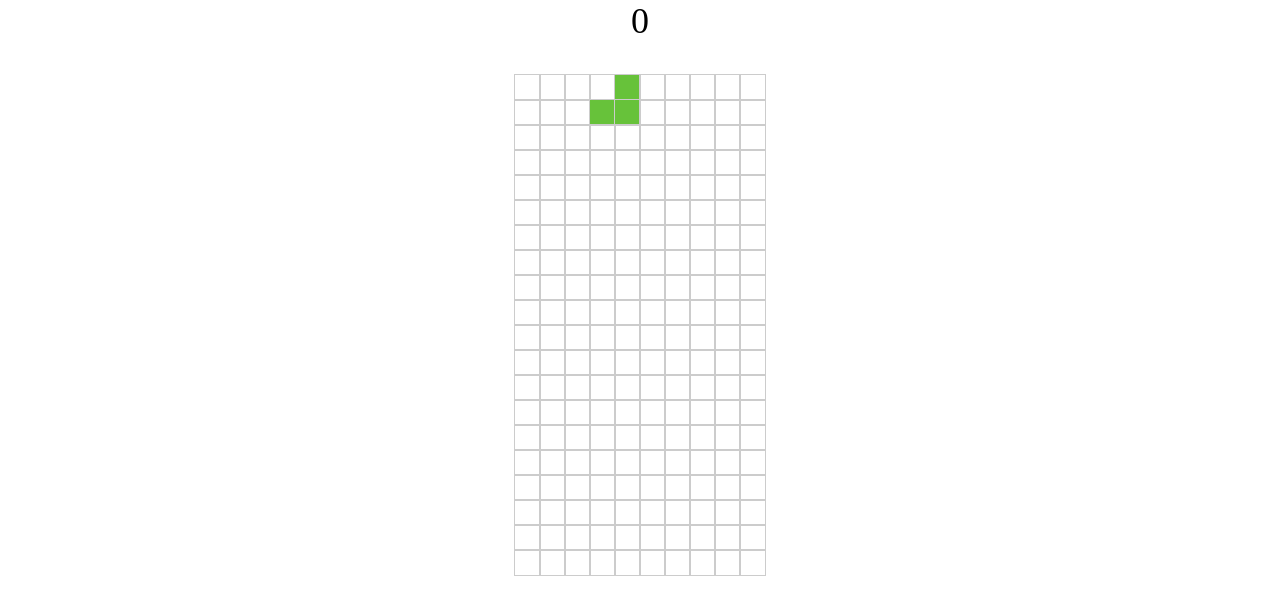
Repository: chlwpdnswku/tetris
Page: index.html
These files come from the project's save history. The page is drawn as it stood at one moment and after the next save; the edit follows.
The browser window is 1280 px wide. The pictures show the whole page.

Above is the page before, as saved 2022-12-12 02:23:18.

### index.html
<!DOCTYPE html>
<html lang="en">

<head>
    <meta charset="UTF-8">
    <meta http-equiv="X-UA-Compatible" content="IE=edge">
    <meta name="viewport" content="width=device-width, initial-scale=1.0">
    <link rel="stylesheet" href="style.css">
    <title>Document</title>

</head>

<body>
    <div class="wrapper">
        <div class="score">0</div>
        <div class="playground">
            <!-- ul  -->
            <ul></ul>
        </div>

    </div>

    <script src="script.js"></script>
</body>

</html>

### style.css
* {
  margin: 0;
  padding: 0;
}
ul {
  list-style: none;
}
body {
  height: 100%;
  overflow: hidden;
}
.score {
  text-align: center;
  font-size: 36px;
  margin-bottom: 2rem;
}
.playground > ul {
  border: 1px solid #333;
  width: 250px;
  margin: 0 auto;
}
.playground > ul > li {
  width: 100%;
  height: 25%;
}

.playground > ul > li > ul {
  display: flex;
}
.playground > ul > li > ul > li {
  width: 25px;
  height: 25px;
  outline: 1px solid #ccc;
}
.tree {
  background: #67c23a;
}

### script.js
// DOM element
const playground = document.querySelector('.playground > ul');

// console.log(playground);

// setting
const GAME_ROWS = 20;
const GAME_COLS = 10;

// variables
let score = 0;
let duration = 500;
let downInterval;
let tempMovingItem;

// 좌료를 바꾸면 모양이 바뀐다.
const BLOCKS = {
  tree: [
    [
      [0, 1],
      [1, 1],
      [1, 0],
      [1, 1],
    ],
    [
      [0, 1],
      [1, 1],
      [1, 0],
      [1, 1],
    ],
    [
      [0, 1],
      [1, 1],
      [1, 0],
      [1, 1],
    ],
    [
      [0, 1],
      [1, 1],
      [1, 0],
      [1, 1],
    ],
  ],
};

const movingItem = {
  type: 'tree',
  direction: 0,
  top: 0,
  left: 3,
};

// functions

init();
// 맨처음 시작하는 함수 10개의 20개의 줄을 저장
function init() {
  // 값만 가져와서 넣어줌
  tempMovingItem = { ...movingItem };
  //   movingItem.left = 3;
  //   console.log(tempMovingItem);
  for (let i = 0; i < GAME_ROWS; i++) {
    prependNewLine();
  }
  renderBlocks();
}

//
function prependNewLine() {
  const li = document.createElement('li');
  const ul = document.createElement('ul');

  for (let j = 0; j < GAME_COLS; j++) {
    const matrix = document.createElement('li');
    // ul -> li
    ul.prepend(matrix);
  }
  li.prepend(ul);
  playground.prepend(li);
}

function renderBlocks() {
  const { type, direction, top, left } = tempMovingItem;
  //   console.log(BLOCKS[type][direction]);

  const movingBlocks = document.querySelectorAll('.moving');

  //   4개의 무빙이 찍힘
  movingBlocks.forEach((moving) => {
    // 이러면 css에의해서 트리 클래스가없는 애들은 빈값이됨
    moving.classList.remove(type, 'moving');
    // console.log(moving);
  });

  // 즉 forEach 문으로
  BLOCKS[type][direction].forEach((block) => {
    const x = block[0] + left;
    const y = block[1] + top;
    // console.log({ playground });
    // ul안에 chileNodes ->이 렇게 가는거임 0번은 li임
    // target은 tree 클래스 부여 즉 tree를  class를 줘서 css 를 변경?
    const target = playground.childNodes[y]
      ? playground.childNodes[y].childNodes[0].childNodes[x]
      : null;

    const isAvailable = checkEmpty(target);
    // console.log(target);
    // 여기가 보여주는거네
    // 가능한 상태이면?
    if (isAvailable) {
      target.classList.add(type, 'moving');
    } else {
      // 원상복구 시키고 재귀함수를 호출할거임 ! 좌표를 원상태로 하고 부르기
      tempMovingItem = { ...movingItem };
      //   이벤트가 전부 실행이되고 스택을 집어넣는용도 무한스텍이 불러주는 용도 막기!
      setTimeout(() => {
        renderBlocks();
        if (moveType === 'top') {
          seizeBlock();
        }
      }, 0);
      //   renderBlocks();
    }
  });
  movingItem.left = left;
  movingItem.top = top;
  movingItem.direction = direction;
  //   console.log(type, direction, top, left);
}

// 밑으로 떨어질 때에 블록 고정 함수 호출
function seizeBlock() {
  console.log('seize block');
}

function checkEmpty(target) {
  if (!target) {
    return false;
  }
  return true;
}

// 인자들을 받고
function moveBlock(moveType, amount) {
  // left를 바꿔줌 이게 증가함에 따라 움직임 하지만 색칠이됨 이동하고
  // 남은 클래스 부분들을삭제를해야됨
  tempMovingItem[moveType] += amount;
  renderBlocks();
}

// 이벤트 핸들링 키를 움직이면 이벤트 객체가 생김 keyCode를 이용해서 각각의 함수를 실행을 시킬거임
document.addEventListener('keydown', (e) => {
  switch (e.keyCode) {
    case 39:
      moveBlock('left', 1);
      break;
    case 37:
      moveBlock('left', -1);
      break;
    case 40:
      moveBlock('top', 1);
      break;
    default:
      break;
  }
  //   console.log(e);
});

//  아래 밑에를 벗어나거나 엘리먼트를 넘어갈때 ? 에러처리 를 해줌
// childNodes[y]가 넘어갈때 target변수가 없을경우 처리해주는 방법

After the next save:
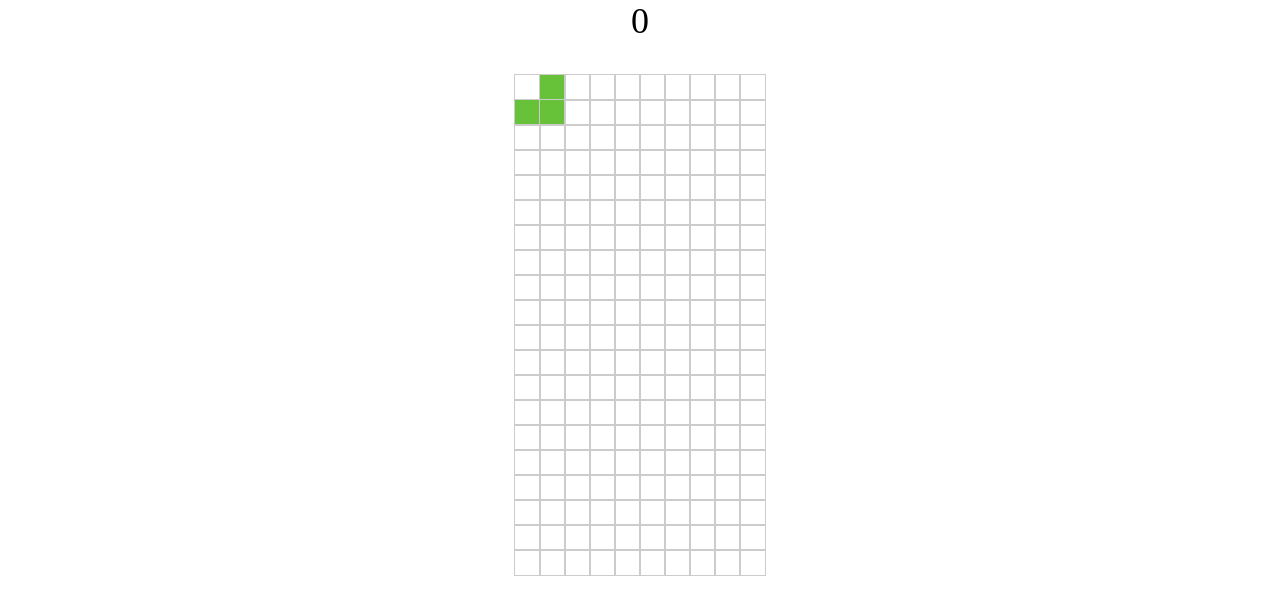
Saved 18 s later.
--- a/script.js
+++ b/script.js
@@ -45,9 +45,9 @@ const BLOCKS = {
 
 const movingItem = {
   type: 'tree',
-  direction: 0,
+  direction: 1,
   top: 0,
-  left: 3,
+  left: 0,
 };
 
 // functions
